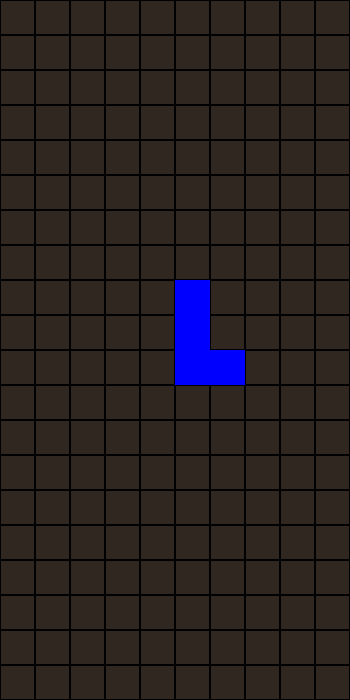
Repository: lucacdev/Tetris
Script's output: python main.py
An editor plug-in stored every save of this project. The script's output is shown before and after the next save, followed by the edit.
The window is shown after at most 60 frames with no key pressed. Random numbers start from a fixed seed.

Above is the script's output before, as saved 2024-02-29 18:39:23.

### main.py
from settings import *
from tetris import Tetris
import sys

class App:
    def __init__(self):
        pg.init()
        pg.display.set_caption('Tetris')
        self.screen = pg.display.set_mode(FIELD_RES)
        self.clock = pg.time.Clock()
        self.tetris = Tetris(self)

    def update(self):
        self.tetris.update()
        self.clock.tick(FPS)

    def draw(self):
        self.screen.fill(color=FIELD_COLOUR)
        self.tetris.draw()
        pg.display.flip()

    def check_events(self):
        for event in pg.event.get():
            if event.type == pg.QUIT or (event.type == pg.KEYDOWN and event.key == pg.KEY_ESCAPE):
                pg.quit()
                sys.exit()

    def run(self):
        while True:
            self.check_events()
            self.update()
            self.draw()

if __name__ == '__main__':
    app = App()
    app.run()

### settings.py
import pygame as pg

vec = pg.math.Vector2

FPS = 60
FIELD_COLOUR = (48, 39, 32)

TILE_SIZE = 35
FIELD_SIZE = FIELD_W, FIELD_H = 10, 20
FIELD_RES = FIELD_W * TILE_SIZE, FIELD_H * TILE_SIZE

INIT_POS_OFFSET = vec(FIELD_SIZE) // 2

TETROMINOES = {
    'T' : [(0, 0), (-1, 0), (1, 0), (0, -1)],
    'O' : [(0, 0), (0, -1), (1, 0), (1, -1)],
    'J' : [(0, 0), (-1, 0), (0, -1), (0, -2)],
    'L' : [(0, 0), (1, 0), (0, -1), (0, -2)],
    'I' : [(0, 0), (0, 1), (0, -1), (0, -2)],
    'S' : [(0, 0), (-1, 0), (0, -1), (1, -1)],
    'Z' : [(0, 0), (1, 0), (0, -1), (-1, -1)]
}

### tetris.py
from settings import *
import math
from tetromino import Tetromino

class Tetris:
    def __init__(self, app):
        self.app = app
        self.sprite_group = pg.sprite.Group()
        self.tetromino = Tetromino(self)

    def draw_grid(self):
        for x in range (FIELD_W):
            for y in range (FIELD_H):
                pg.draw.rect(self.app.screen, 'black',
                             (x * TILE_SIZE, y * TILE_SIZE, TILE_SIZE, TILE_SIZE), 1)

    def update(self):
        self.tetromino.update()
        self.sprite_group.update()

    def draw(self):
        self.draw_grid()
        self.sprite_group.draw(self.app.screen)

### tetromino.py
from settings import *

class Block(pg.sprite.Sprite):
    def __init__(self, tetromino, pos):
        self.tetromino = tetromino
        self.pos = vec(pos) + INIT_POS_OFFSET

        super().__init__(tetromino.tetris.sprite_group)
        self.image = pg.Surface([TILE_SIZE, TILE_SIZE])
        self.image.fill('blue')

        self.rect = self.image.get_rect()
        self.rect.topleft = self.pos * TILE_SIZE

class Tetromino:
    def __init__(self, tetris):
        self.tetris = tetris
        self.shape = 'L'
        self.blocks = [Block(self, pos) for pos in TETROMINOES[self.shape]]

    def update(self):
        pass

After the next save:
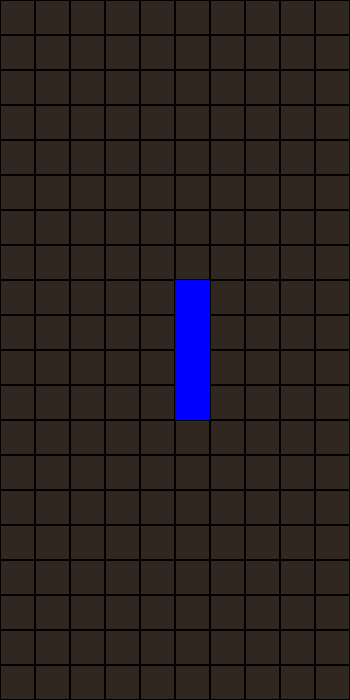
Saved 8 s later.
--- a/tetromino.py
+++ b/tetromino.py
@@ -15,7 +15,7 @@
 class Tetromino:
     def __init__(self, tetris):
         self.tetris = tetris
-        self.shape = 'L'
+        self.shape = 'I'
         self.blocks = [Block(self, pos) for pos in TETROMINOES[self.shape]]
 
     def update(self):
